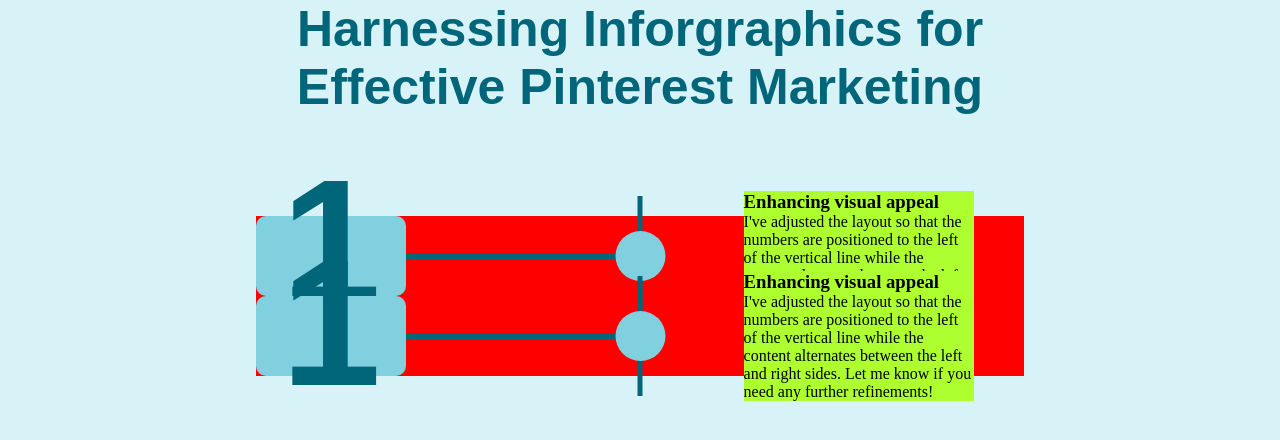
Repository: ayushrajput545/InforGraphic-page
Page: index.html
An editor plug-in stored every save of this project. The page is shown before and after a run of saves, followed by the edit.
The browser window is 1280 px wide. The pictures show the whole page.
Some web fonts or font styles are not loaded; a fallback is used.

Above is the page before, as saved 2025-04-01 22:57:45.

### index.html
<!DOCTYPE html>
<html lang="en">
<head>
    <meta charset="UTF-8">
    <meta name="viewport" content="width=device-width, initial-scale=1.0">
    <link rel="stylesheet" href="style.css">
    <link rel="preconnect" href="https://fonts.googleapis.com">
    <link rel="preconnect" href="https://fonts.gstatic.com" crossorigin>
    <link href="https://fonts.googleapis.com/css2?family=Protest+Riot&display=swap" rel="stylesheet">
</head>
<body>

    <h1 class="header">Harnessing Inforgraphics for Effective Pinterest Marketing</h1>



    <div class="container">

        <div class="content-steps-odd">

            <div class="overlap">
                <h1 class="steps">1</h1>
            </div>

            <div class="line-horizontal"></div>

            <div class="line-vertical">
                <div class="circle"></div>
            </div>

            <div class="content-right">

                <h3 id="content-header">Enhancing visual appeal</h3>
                <p>I've adjusted the layout so that the numbers are positioned to the left of the vertical line while the content alternates between the left and right sides. Let me know if you need any further refinements!</p>

            </div>

        </div>


        <div class="content-steps-even">

            <div class="overlap">
                <h1 class="steps">1</h1>
            </div>

            <div class="line-horizontal"></div>

            <div class="line-vertical">
                <div class="circle"></div>
            </div>

            <div class="content-right">

                <h3 id="content-header">Enhancing visual appeal</h3>
                <p>I've adjusted the layout so that the numbers are positioned to the left of the vertical line while the content alternates between the left and right sides. Let me know if you need any further refinements!</p>

            </div>

        </div>


    </div>

</body>
</html>

### style.css
*{
    margin: 0;
    padding: 0;
    box-sizing: border-box;
}

body{
    background-color: #d8f3f7;;
}

.header{
    font-family: "Protest Riot", sans-serif;
    text-align: center;
    max-width: 60%;
    margin: auto;
    font-size: 50px;
    font-weight: bold;
    color: #02667a;
}

.container{
    position: relative;
    width: 60%;
    margin: auto;
    background-color: red;
    margin-top: 100px;
}

.content-steps-odd{
    display: flex;
    align-items: center;
    position: relative;
}

.overlap{
    background-color: #81d0e0;
    width: 150px;
    height: 80px;
    position: relative;
    z-index: 1;
    display: flex;
    justify-content: center;
    border-radius: 10px;
}

.steps{
    font-family: "Protest Riot", sans-serif;
    font-size: 180px;
    font-weight: bold;
    color: #02667a;
    position: absolute;
    z-index: 2;
    bottom: -50px;
}

.line-horizontal{
    background-color: #02667a;
    width: 30%;
    height: 5px;
    position: relative;
}

.circle {
    width: 50px;
    height: 50px;
    background-color: #81d0e0;
    border-radius: 50%;
    position: absolute;
    left: 50%;
    transform: translate(-50%, -50%); /* Ensures proper overlap */
    top: 60px; /* Places it at the intersection */
}



.line-vertical {
    width: 5px; /* Thickness of the line */
    height: 120px; /* Adjust as needed */
    background-color: #02667a;
    position: absolute;
    left: 50%; /* Centers the line */
    transform: translateX(-50%);

}

.content-right{
    background-color: greenyellow;
    width: 30%;
    position: absolute;
    right: 50px
}


.content-steps-even{
    display: flex;
    align-items: center;
    position: relative;
}

After the next 2 saves:
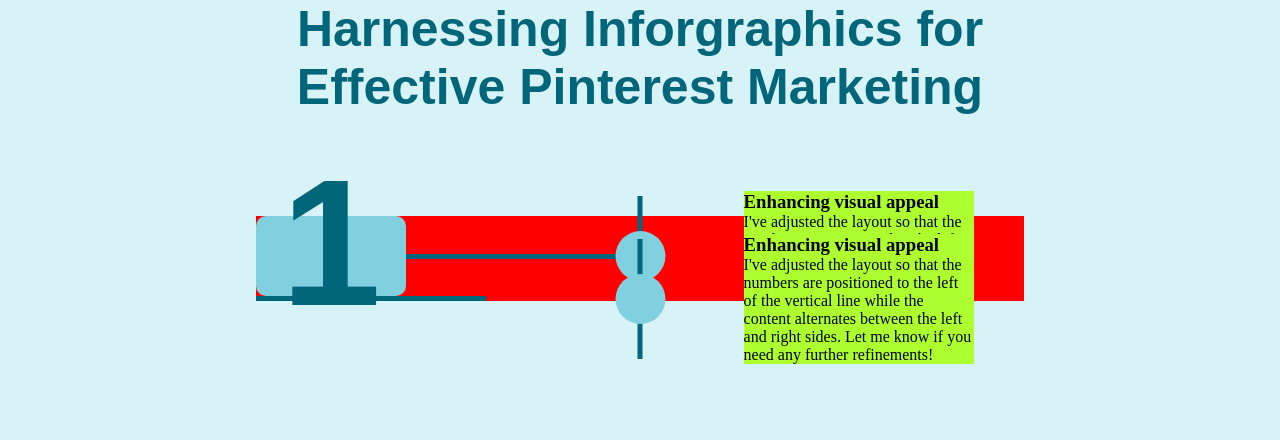
The 2 saves are shown as one change because they came seconds apart.
The last was saved 23 s later.
--- a/index.html
+++ b/index.html
@@ -40,8 +40,11 @@
 
         <div class="content-steps-even">
 
-            <div class="overlap">
-                <h1 class="steps">1</h1>
+            <div class="content-right">
+
+                <h3 id="content-header">Enhancing visual appeal</h3>
+                <p>I've adjusted the layout so that the numbers are positioned to the left of the vertical line while the content alternates between the left and right sides. Let me know if you need any further refinements!</p>
+
             </div>
 
             <div class="line-horizontal"></div>
@@ -50,12 +53,7 @@
                 <div class="circle"></div>
             </div>
 
-            <div class="content-right">
 
-                <h3 id="content-header">Enhancing visual appeal</h3>
-                <p>I've adjusted the layout so that the numbers are positioned to the left of the vertical line while the content alternates between the left and right sides. Let me know if you need any further refinements!</p>
-
-            </div>
 
         </div>
 

After the save that followed:
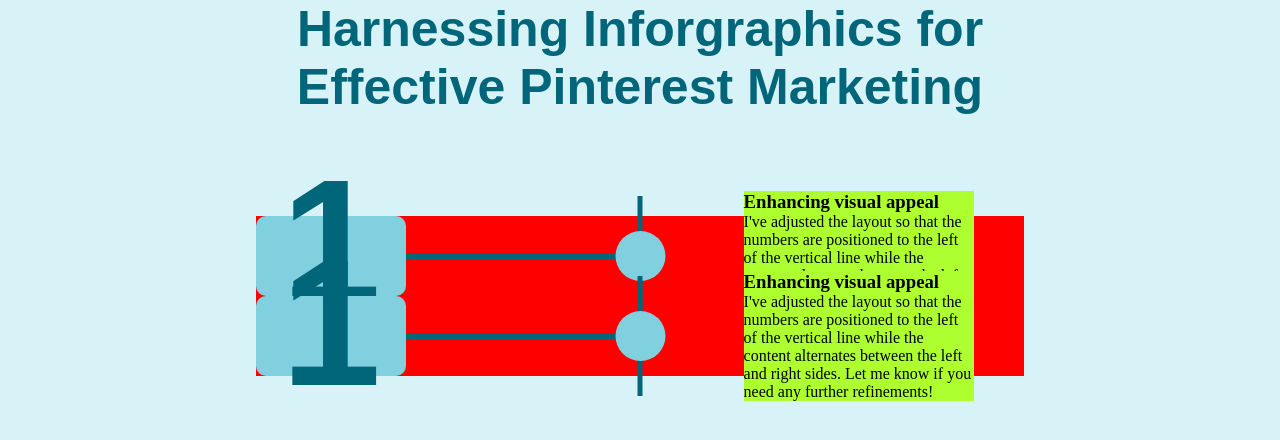
Saved 9 s later.
--- a/index.html
+++ b/index.html
@@ -40,11 +40,8 @@
 
         <div class="content-steps-even">
 
-            <div class="content-right">
-
-                <h3 id="content-header">Enhancing visual appeal</h3>
-                <p>I've adjusted the layout so that the numbers are positioned to the left of the vertical line while the content alternates between the left and right sides. Let me know if you need any further refinements!</p>
-
+            <div class="overlap">
+                <h1 class="steps">1</h1>
             </div>
 
             <div class="line-horizontal"></div>
@@ -53,7 +50,12 @@
                 <div class="circle"></div>
             </div>
 
+            <div class="content-right">
 
+                <h3 id="content-header">Enhancing visual appeal</h3>
+                <p>I've adjusted the layout so that the numbers are positioned to the left of the vertical line while the content alternates between the left and right sides. Let me know if you need any further refinements!</p>
+
+            </div>
 
         </div>
 
